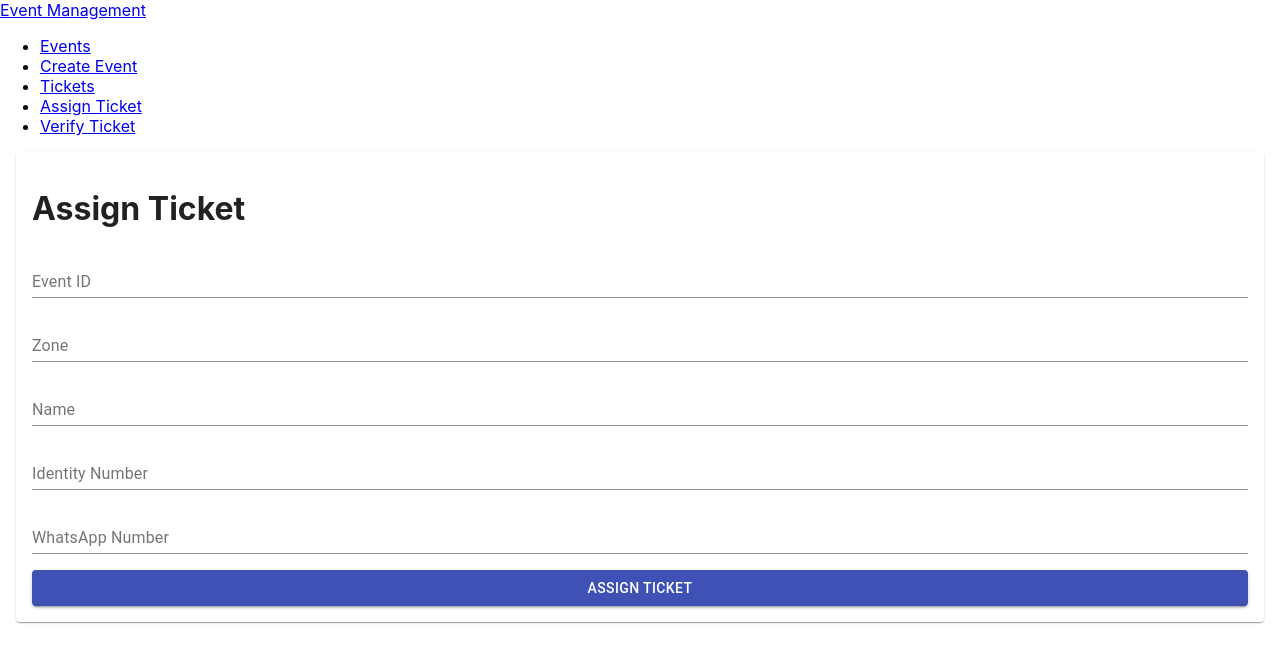
Repository: ferugarte/superticket
Page: /assign-ticket (app in frontend/)
An editor plug-in stored every save of this project. The page is shown before and after the next save, followed by the edit.
The browser window is 1280 px wide. The pictures show the whole page.
The project was rebuilt for these pictures with package versions that can differ from the ones it lists, and the page was loaded fresh each time. A package was used in the major version that the imports need, not the one package.json lists. Also part of the build but not shown: frontend/src/components/EventList.jsx, frontend/src/components/EventDetail.jsx, frontend/src/components/CreateEvent.jsx, frontend/src/components/TicketList.jsx, frontend/src/components/VerifyTicket.jsx, frontend/src/App.css.

Above is the page before, as saved 2024-04-15 11:31:04.

### frontend/src/App.js
// src/App.js
import React from 'react';
import { BrowserRouter as Router, Route, Switch } from 'react-router-dom';
import EventList from './components/EventList';
import EventDetail from './components/EventDetail';
import CreateEvent from './components/CreateEvent';
import TicketList from './components/TicketList';
import AssignTicket from './components/AssignTicket';
import VerifyTicket from './components/VerifyTicket';
import NavigationBar from './components/NavigationBar';
import './App.css';

function App() {
  return (
    <Router>
      <NavigationBar />
      <div className="container mt-3">
        <Switch>
          <Route path="/" exact component={EventList} />
          <Route path="/events/:id" component={EventDetail} />
          <Route path="/create-event" component={CreateEvent} />
          <Route path="/tickets" component={TicketList} />
          <Route path="/assign-ticket" component={AssignTicket} />
          <Route path="/verify-ticket" component={VerifyTicket} />
        </Switch>
      </div>
    </Router>
  );
}

export default App;

### frontend/src/components/AssignTicket.jsx
// src/components/AssignTicket.jsx
import React, { useState } from 'react';
import { useHistory } from 'react-router-dom';
import { assignTicket } from '../services/api';
import { TextField, Button, Paper } from '@material-ui/core';

function AssignTicket() {
    const [event, setEvent] = useState('');
    const [zone, setZone] = useState('');
    const [name, setName] = useState('');
    const [identityNumber, setIdentityNumber] = useState('');
    const [whatsappNumber, setWhatsappNumber] = useState('');
    const history = useHistory();

    const handleSubmit = (e) => {
        e.preventDefault();
        const ticketData = { event, zone, customer: { name, identityNumber, whatsappNumber } };
        assignTicket(ticketData).then(() => {
            alert('Ticket assigned successfully');
            history.push('/tickets');
        }).catch(error => alert('Error assigning ticket:', error));
    };

    return (
        <Paper style={{ margin: 16, padding: 16 }}>
            <h1>Assign Ticket</h1>
            <form onSubmit={handleSubmit} style={{ display: 'flex', flexDirection: 'column', gap: 16 }}>
                <TextField
                    label="Event ID"
                    value={event}
                    onChange={e => setEvent(e.target.value)}
                    fullWidth
                />
                <TextField
                    label="Zone"
                    value={zone}
                    onChange={e => setZone(e.target.value)}
                    fullWidth
                />
                <TextField
                    label="Name"
                    value={name}
                    onChange={e => setName(e.target.value)}
                    fullWidth
                />
                <TextField
                    label="Identity Number"
                    value={identityNumber}
                    onChange={e => setIdentityNumber(e.target.value)}
                    fullWidth
                />
                <TextField
                    label="WhatsApp Number"
                    value={whatsappNumber}
                    onChange={e => setWhatsappNumber(e.target.value)}
                    fullWidth
                />
                <Button type="submit" variant="contained" color="primary">
                    Assign Ticket
                </Button>
            </form>
        </Paper>
    );
}

export default AssignTicket;

### frontend/src/components/NavigationBar.jsx
// src/components/NavigationBar.jsx
import React from 'react';
import { Link } from 'react-router-dom';

const NavigationBar = () => (
  <nav className="navbar navbar-expand-lg navbar-light bg-light">
    <Link className="navbar-brand" to="/">Event Management</Link>
    <div className="collapse navbar-collapse">
      <ul className="navbar-nav mr-auto">
        <li className="nav-item">
          <Link className="nav-link" to="/">Events</Link>
        </li>
        <li className="nav-item">
          <Link className="nav-link" to="/create-event">Create Event</Link>
        </li>
        <li className="nav-item">
          <Link className="nav-link" to="/tickets">Tickets</Link>
        </li>
        <li className="nav-item">
          <Link className="nav-link" to="/assign-ticket">Assign Ticket</Link>
        </li>
        <li className="nav-item">
          <Link className="nav-link" to="/verify-ticket">Verify Ticket</Link>
        </li>
      </ul>
    </div>
  </nav>
);

export default NavigationBar;

### frontend/src/services/api.js
// src/services/api.js
import axios from 'axios';

const API_URL = 'http://localhost:3000/api';  // Adjust based on actual API URL

export const fetchEvents = () => axios.get(`${API_URL}/events`);
export const fetchEventById = (id) => axios.get(`${API_URL}/events/${id}`);
export const createEvent = (eventData) => axios.post(`${API_URL}/events`, eventData);
export const updateEvent = (id, eventData) => axios.put(`${API_URL}/events/${id}`, eventData);
export const deleteEvent = (id) => axios.delete(`${API_URL}/events/${id}`);

export const assignTicket = (ticketData) => axios.post(`${API_URL}/tickets`, ticketData);
export const fetchTickets = () => axios.get(`${API_URL}/tickets`);
export const verifyTicket = (qrCode) => axios.post(`${API_URL}/tickets/verify-qr`, { qrCode });

Loaded but not shown: frontend/public/index.html (common file); frontend/src/index.js (common file); frontend/src/index.css (common file); frontend/src/reportWebVitals.js (common file)

After the next save:
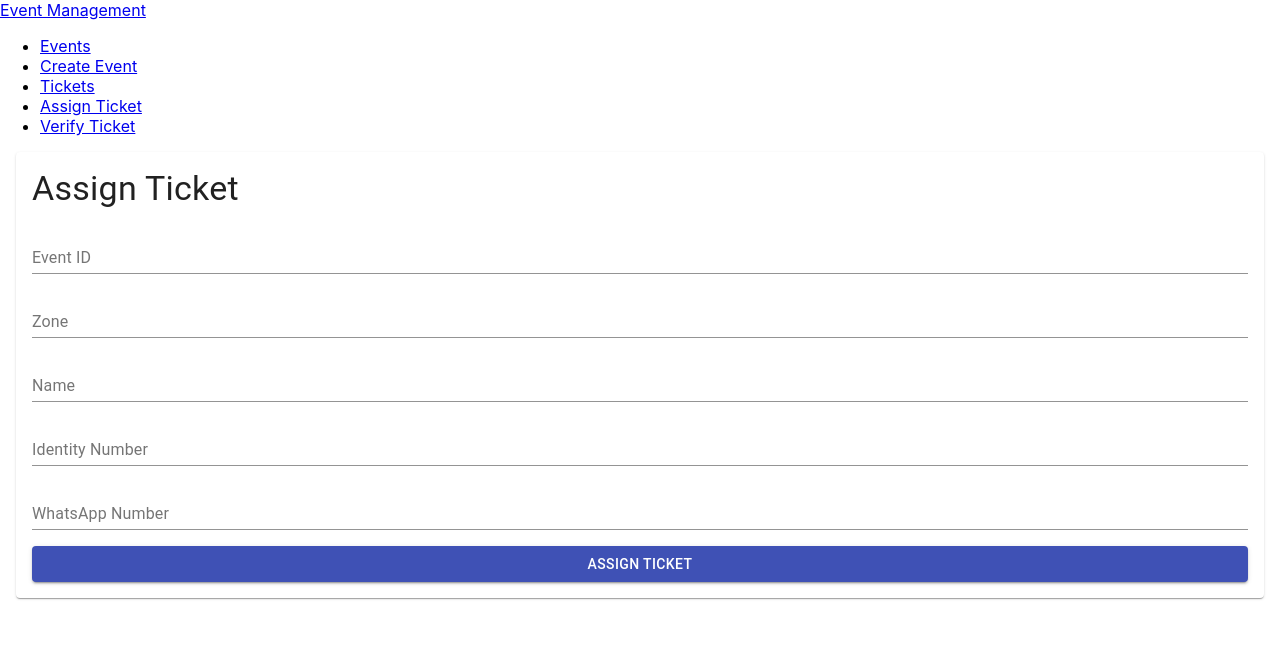
Saved 53 s later.
--- a/frontend/src/components/AssignTicket.jsx
+++ b/frontend/src/components/AssignTicket.jsx
@@ -2,7 +2,7 @@
 import React, { useState } from 'react';
 import { useHistory } from 'react-router-dom';
 import { assignTicket } from '../services/api';
-import { TextField, Button, Paper } from '@material-ui/core';
+import { TextField, Button, Paper, Typography, Grid } from '@material-ui/core';
 
 function AssignTicket() {
     const [event, setEvent] = useState('');
@@ -18,46 +18,62 @@ function AssignTicket() {
         assignTicket(ticketData).then(() => {
             alert('Ticket assigned successfully');
             history.push('/tickets');
-        }).catch(error => alert('Error assigning ticket:', error));
+        }).catch(error => {
+            alert('Error assigning ticket:', error);
+        });
     };
 
     return (
         <Paper style={{ margin: 16, padding: 16 }}>
-            <h1>Assign Ticket</h1>
-            <form onSubmit={handleSubmit} style={{ display: 'flex', flexDirection: 'column', gap: 16 }}>
-                <TextField
-                    label="Event ID"
-                    value={event}
-                    onChange={e => setEvent(e.target.value)}
-                    fullWidth
-                />
-                <TextField
-                    label="Zone"
-                    value={zone}
-                    onChange={e => setZone(e.target.value)}
-                    fullWidth
-                />
-                <TextField
-                    label="Name"
-                    value={name}
-                    onChange={e => setName(e.target.value)}
-                    fullWidth
-                />
-                <TextField
-                    label="Identity Number"
-                    value={identityNumber}
-                    onChange={e => setIdentityNumber(e.target.value)}
-                    fullWidth
-                />
-                <TextField
-                    label="WhatsApp Number"
-                    value={whatsappNumber}
-                    onChange={e => setWhatsappNumber(e.target.value)}
-                    fullWidth
-                />
-                <Button type="submit" variant="contained" color="primary">
-                    Assign Ticket
-                </Button>
+            <Typography variant="h4" component="h1">Assign Ticket</Typography>
+            <form onSubmit={handleSubmit} style={{ marginTop: 16 }}>
+                <Grid container spacing={2}>
+                    <Grid item xs={12}>
+                        <TextField
+                            label="Event ID"
+                            value={event}
+                            onChange={e => setEvent(e.target.value)}
+                            fullWidth
+                        />
+                    </Grid>
+                    <Grid item xs={12}>
+                        <TextField
+                            label="Zone"
+                            value={zone}
+                            onChange={e => setZone(e.target.value)}
+                            fullWidth
+                        />
+                    </Grid>
+                    <Grid item xs={12}>
+                        <TextField
+                            label="Name"
+                            value={name}
+                            onChange={e => setName(e.target.value)}
+                            fullWidth
+                        />
+                    </Grid>
+                    <Grid item xs={12}>
+                        <TextField
+                            label="Identity Number"
+                            value={identityNumber}
+                            onChange={e => setIdentityNumber(e.target.value)}
+                            fullWidth
+                        />
+                    </Grid>
+                    <Grid item xs={12}>
+                        <TextField
+                            label="WhatsApp Number"
+                            value={whatsappNumber}
+                            onChange={e => setWhatsappNumber(e.target.value)}
+                            fullWidth
+                        />
+                    </Grid>
+                    <Grid item xs={12}>
+                        <Button type="submit" variant="contained" color="primary" fullWidth>
+                            Assign Ticket
+                        </Button>
+                    </Grid>
+                </Grid>
             </form>
         </Paper>
     );
